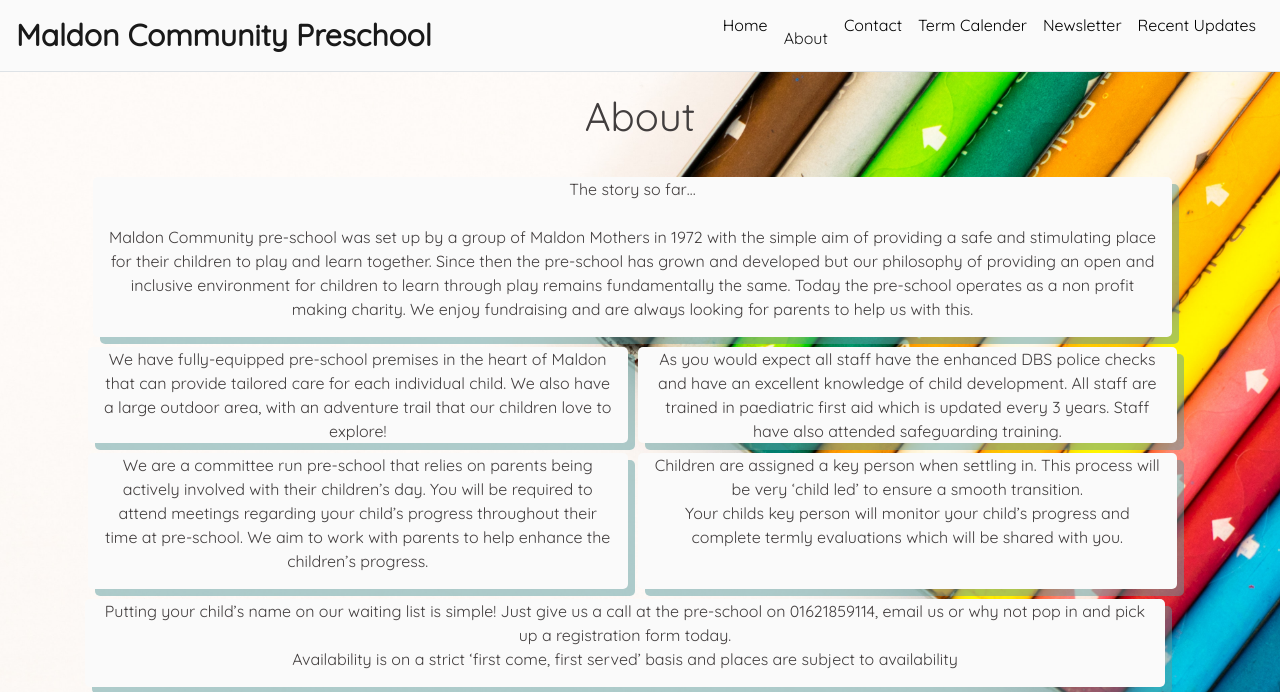
Repository: parkslee/milestone_1
Page: about.html
The author's editor kept a record of every edit. The page is drawn from the files as they stood at one moment, then again after the next edit.
The browser window is 1280 px wide. The pictures show the part of the page from y = 0 to 692 px (the page is 1340 px tall).
Pictures or frames that could not be fetched are drawn as grey boxes. Some web libraries are served in a nearby version.

Above is the page before.

### about.html
<!DOCTYPE html>
<html lang="en">

<head>
    <meta charset="UTF-8">
    <meta name="viewport" content="width=device-width, initial-scale=1.0">
    <meta http-equiv="X-UA-Compatible" content="ie=edge">
    <link rel="stylesheet" href="https://maxcdn.bootstrapcdn.com/bootstrap/4.2.1/css/bootstrap.min.css" type="text/css" />
    <link rel="stylesheet" href="https://maxcdn.bootstrapcdn.com/font-awesome/4.7.0/css/font-awesome.min.css" type="text/css" />
    <link rel="stylesheet" href="https://cdnjs.cloudflare.com/ajax/libs/hover.css/2.1.1/css/hover-min.css" type="text/css" />

    <link rel="stylesheet" href="assets\css\style.css">
    <title>About</title>
</head>

<body class="about-image">
    <!----------------------------------------------------------------navigation-->
    <header>
        <div class="container-fullwidth">
            <nav class="navbar navbar-expand-lg navbar-light bg-light-about border-bottom ">
                <a class="navbar-brand" href="./index.html">Maldon Community Preschool</a>
                <button class="navbar-toggler" type="button" data-toggle="collapse" data-target="#navbarNav" aria-controls="navbarNav" aria-expanded="false" aria-label="Toggle navigation">
                    <span class="navbar-toggler-icon"></span>
                </button>
                <div class="collapse navbar-collapse" id="navbarNav">
                    <ul class="navbar-nav text-center ml-auto">
                        <li class="nav-item">
                            <a class="nav-link-star" href="./index.html">Home </a>
                        </li>
                        <li class="nav-item">
                            <a class="nav-link active" href="./about.html">About<span
                                    class="sr-only">(current)</span></a>
                        </li>
                        <li class="nav-item">
                            <a class="nav-link-star" href="./contact.html">Contact</a>
                        </li>
                        <li class="nav-item">
                            <a class="nav-link-star" href="./calender.html">Term Calender</a>
                        </li>
                        <li class="nav-item">
                            <a class="nav-link-star" href="./newsletter.html">Newsletter</a>
                        </li>
                        <li class="nav-item">
                            <a class="nav-link-star" href="./updates.html">Recent Updates</a>
                        </li>
                    </ul>
                </div>
            </nav>
        </div>
    </header>


    <div class="about-content">

                <h1>About</h1>
                <br>

        <div class="row justify-content-center">

            <div class="col-sm-12 col-md-10 newsletter-blocks">

                <p>The story so far…
                    <br>
                    <br> Maldon Community pre-school was set up by a group of Maldon Mothers in 1972 with the simple aim of providing a safe and stimulating place for their children to play and learn together. Since then the pre-school has grown and developed
                    but our philosophy of providing an open and inclusive environment for children to learn through play remains fundamentally the same. Today the pre-school operates as a non profit making charity. We enjoy fundraising and are always
                    looking for parents to help us with this.</p>

            </div>

                <div class="col-sm-12 col-md-5 newsletter-blocks">We have fully-equipped pre-school premises in the heart of Maldon that can provide tailored care for each individual child. We also have a large outdoor area, with an adventure trail that our children love to explore!
                </div>

                <div class="col-sm-12 col-md-5 newsletter-blocks">As you would expect all staff have the enhanced DBS police checks and have an excellent knowledge of child development. All staff are trained in paediatric first aid which is updated every 3 years. Staff have also attended safeguarding
                    training.
                </div>




        </div>

        <div class="row justify-content-center">
            <div class="col-sm-12 col-md-5 newsletter-blocks ">
                <p>
                    We are a committee run pre-school that relies on parents being actively involved with their children’s day. You will be required to attend meetings regarding your child’s progress throughout their time at pre-school. We aim to work with parents to help
                    enhance the children’s progress.
                </p>
            </div>
            <div class="col-sm-12 col-md-5 newsletter-blocks ">
                <p>Children are assigned a key person when settling in. This process will be very ‘child led’ to ensure a smooth transition.
                    <br> Your childs key person will monitor your child’s progress and complete termly evaluations which will be shared with you.</p>

            </div>
            <div class="row justify-content-center">
                <div class="col-sm-12 col-md-10 newsletter-blocks ">
                    <p>
                        Putting your child’s name on our waiting list is simple! Just give us a call at the pre-school on 01621859114, email us or why not pop in and pick up a registration form today.
                        <br> Availability is on a strict ‘first come, first served’ basis and places are subject to availability
                    </p>
                </div>
            </div>
        </div>





        <!------------Embeded google map-------------->
        <div class="Map">
            <iframe src="https://www.google.com/maps/embed?pb=!1m18!1m12!1m3!1d2471.2500818795147!2d0.6814127151896718!3d51.728461079672066!2m3!1f0!2f0!3f0!3m2!1i1024!2i768!4f13.1!3m3!1m2!1s0x47d8e126a0f09c29%3A0xe55033600089c419!2sMaldon%20Community%20Pre-school!5e0!3m2!1sen!2suk!4v1570910722496!5m2!1sen!2suk"
                width="100%" height="450" frameborder="0" style="border:0;" allowfullscreen=""></iframe>
        </div>
        <!----inline style change as such a small snippet to change--->
        <p style="color:#fafafa;">
            Wantz Chase, Maldon CM9 5DN
            <br> 01621 859114
        </p>
    </div>
    </div>






    <!---------------------------first footer only displayed on desktop view-------------------->
    <!------https://medium.com/wdstack/bootstrap-4-hidden-visible-dd969a4c5854 tutorial for display properties bootstrap---->
    <div class="container">
        <footer class="d-none d-md-block">



            <div id="footer-details" class="row">
                <div class="col-sm-4">
                    <p class="inline-block charity" style="color:#fafafa;">
                        © 2019. Maldon Community Pre-School. All rights reserved. Registered Charity Number: 1130470 </p>
                </div>

                <div class="col-sm-4 ml-auto">
                    <ul class="list-inline social-links">
                        <li class="list-inline-item">
                            <a target="_blank" href="https://facebook.com">
                                    <i class="fa fa-facebook" aria-hidden="true"></i>
                                    <span class="sr-only">Facebook</span>
                                </a>
                        </li>
                        <li class="list-inline-item">
                            <a target="_blank" href="https://twitter.com">
                                    <i class="fa fa-twitter" aria-hidden="true"></i>
                                    <span class="sr-only">Twitter</span>
                                </a>
                        </li>
                        <li class="list-inline-item">
                            <a target="_blank" href="https://instagram.com">
                                    <i class="fa fa-instagram" aria-hidden="true"></i>
                                    <span class="sr-only">Instagram</span>
                                </a>
                        </li>
                        <li class="list-inline-item">
                            <a target="_blank" href="https://youtube.com">
                                    <i class="fa fa-youtube" aria-hidden="true"></i>
                                    <span class="sr-only">YouTube</span>
                                </a>
                        </li>
                    </ul>
                </div>
            </div>
        </footer>
    </div>



    <!----second footer for mobile view (charity number hidden as to cluttered on mobile view)  -->
    <!------https://medium.com/wdstack/bootstrap-4-hidden-visible-dd969a4c5854 tutorial for display properties bootstrap---->
    <footer class="d-md-none">
        <div id="footer-mobile">
            <ul class="list-inline social-links">
                <li class="list-inline-item">
                    <a target="_blank" href="https://facebook.com">
                            <i class="fa fa-facebook" aria-hidden="true"></i>
                            <span class="sr-only">Facebook</span>
                        </a>
                </li>
                <li class="list-inline-item">
                    <a target="_blank" href="https://instagram.com">
                            <i class="fa fa-instagram" aria-hidden="true"></i>
                            <span class="sr-only">Instagram</span>
                        </a>
                </li>
                <li class="list-inline-item">
                    <a target="_blank" href="https://youtube.com">
                            <i class="fa fa-youtube" aria-hidden="true"></i>
                            <span class="sr-only">YouTube</span>
                        </a>
                </li>
            </ul>
        </div>
    </footer>


    <script src="https://code.jquery.com/jquery-3.3.1.slim.min.js" integrity="sha384-q8i/X+965DzO0rT7abK41JStQIAqVgRVzpbzo5smXKp4YfRvH+8abtTE1Pi6jizo" crossorigin="anonymous"></script>
    <script src="https://cdnjs.cloudflare.com/ajax/libs/popper.js/1.14.7/umd/popper.min.js" integrity="sha384-UO2eT0CpHqdSJQ6hJty5KVphtPhzWj9WO1clHTMGa3JDZwrnQq4sF86dIHNDz0W1" crossorigin="anonymous"></script>
    <script src="https://stackpath.bootstrapcdn.com/bootstrap/4.3.1/js/bootstrap.min.js" integrity="sha384-JjSmVgyd0p3pXB1rRibZUAYoIIy6OrQ6VrjIEaFf/nJGzIxFDsf4x0xIM+B07jRM" crossorigin="anonymous"></script>
</body>

</html>

### assets/css/style.css
@import url('https://fonts.googleapis.com/css?family=Quicksand&display=swap');

body {
    font-family: 'Quicksand', sans-serif;
}

/*---------------------------------------------------------index.html---------------*/

.bgimage {
    background-image: url(../images/home-bg2.jpg);
    background-size: cover;
    height: 100vh;
    background-repeat: no-repeat;
}

.navbar-nav .nav-link {
    margin-top: 5px;

}

.navbar-brand{
    font-weight: bold;
    font-size:20px;
}

.navbar-light .navbar-nav .nav-link {
    color: #fafafa;
}

.bg-light-index {
background-color: rgb(147, 124, 203) !important;
}


.bg-light {
    background-color: rgb(255, 255, 255, 0.0) !important;
}

.jumbotron {
    margin: 5% 5%;
    box-shadow: 10px 10px rgb(95, 158, 160, 0.5);
    background-color: rgb(255, 240, 245, 0.8);
}



.btn-primary {
    color: #fafafa;
    background-color: #866ecd;
    border-color: #866ccd;
}

.btn-primary:hover {

    background-color: #ffc107;
    border-color: #ffc107;
}

.newsletter {
    background-color: #fafafa;
    position: relative;
    color: #423e3e;
    margin-bottom: 20px;
box-shadow: 10px 10px rgb(95, 158, 160, 0.5);
    padding: 30px;
    border-radius: 10px;

}

.newsletter h1 {
    padding-top: 5px;
    text-align: center;
}

.updates-index {
    background-color: rgb(95, 158, 160);
    color: #423e3e;
    margin-bottom: 20px;
    border-radius: 10px;
    padding: 50px;
    box-shadow: 10px 10px rgb(255, 255, 255, 0.5);
}

.updates-index h1 {
    text-align: center;
}


/*-------------------------------------------------------footer------------*/

.social-links {
    padding-bottom: 0px;
}

.social-links li a i {
    width: 42px;
    height: 42px;
    padding: 12px 0;
    border-radius: 50%;
    font-size: 21px;
    line-height: 19px;
    text-align: center;
    color: #fafafa;
    background: cadetblue;
    transition: all 0.35s ease-in-out;

}

.social-links li a i:hover {
    background: #dc3545;
}

#footer-details {
    padding: 20px;
    background-color: rgb(255, 255, 255, 0.0);
    position: relative;
    left: 0;
    bottom: 0;
}

#footer-mobile {
    padding: 20px;
    background-color: rgb(255, 255, 255, 0.0);
    width: 100%;
    text-align: center;
}

/*---------------------------------------------------------------contact page--------------------*/

.contact-image {
    background-image: url(../images/contact-bg.jpg);
    background-size: cover;
    height: 100%;
    background-repeat: no-repeat;
}

.bg-light-contact{
background-color: rgb(199, 208, 217) !important;
}

form {
    margin: 20px;
}

.form-control {
    background-color: rgb(255, 240, 245, 0.8);
}

.contact-btn {
    background-color: cadetblue;
    border-color: cadetblue;
}

.emergency-contact {
    text-align: center;
    color: #000100;
}

/*------------------------------------------------------------------------- About--------------*/

.about-image {
    background-image: url(../images/about-bg.jpg);
    background-size: cover;
    height: 100%;
    background-repeat: no-repeat;
    background-position: 55%;

}

.about-content {
    text-align: center;
    color: #423e3e;
    margin-top: 20px;

}

.about-header{
    color: rgb(94, 94, 95);
}

.about-nav {
    color: black;
}

/*----------.row style adjusted to stop screen streching------*/
.row{
    margin-right: 0px;
}

.bg-light-about {
background-color: #fafafa !important;

}

/*-----styling added as bootstrap .nav-link class had to be changed to .nav-link-star so i could change the styling
of <a> --------*/

.nav-link-star{
    color: black;
    padding: 8px;
    margin-top: 5px;
}




/*-------------------------------------------------------------------------calender---------------*/

.calender-image {
    background-image: url(../images/pencil_glass.jpg);
    background-size: cover;
    height: 100%;
    background-repeat: no-repeat;
    background-position: 55%;

}

/*------------------------------------------time line--------------------*/

/*-------bootstrap time line - https://bootsnipp.com/snippets/OzQj-------*/

.timeline {
    list-style: none;
    padding: 20px 0 20px;
    position: relative;
}

.timeline:before {
    top: 0;
    bottom: 0;
    position: absolute;
    content: " ";
    width: 3px;
    background-color: #eeeeee;
    left: 50%;
    margin-left: -1.5px;
}

.timeline>li {
    margin-bottom: 20px;
    position: relative;
}

.timeline>li:before,
.timeline>li:after {
    content: " ";
    display: table;
}

.timeline>li:after {
    clear: both;
}

.timeline>li:before,
.timeline>li:after {
    content: " ";
    display: table;
}

.timeline>li:after {
    clear: both;
}

.timeline>li>.timeline-panel {
    width: 46%;
    float: left;
    border: 1px solid #d4d4d4;
    border-radius: 2px;
    padding: 20px;
    background-color: #fafafa;
    position: relative;
    -webkit-box-shadow: 0 1px 6px rgba(0, 0, 0, 0.175);
    box-shadow: 0 1px 6px rgba(0, 0, 0, 0.175);
}

.timeline>li>.timeline-panel:before {
    position: absolute;
    top: 26px;
    right: -15px;
    display: inline-block;
    border-top: 15px solid transparent;
    border-left: 15px solid #ccc;
    border-right: 0 solid #ccc;
    border-bottom: 15px solid transparent;
    content: " ";
}

.timeline>li>.timeline-panel:after {
    position: absolute;
    top: 27px;
    right: -14px;
    display: inline-block;
    border-top: 14px solid transparent;
    border-left: 14px solid #fff;
    border-right: 0 solid #fff;
    border-bottom: 14px solid transparent;
    content: " ";
}

.timeline>li>.timeline-badge {
    color: #fff;
    width: 50px;
    height: 50px;
    line-height: 50px;
    font-size: 1.4em;
    text-align: center;
    position: absolute;
    top: 16px;
    left: 50%;
    margin-left: -25px;
    background-color: #999999;
    z-index: 100;
    border-top-right-radius: 50%;
    border-top-left-radius: 50%;
    border-bottom-right-radius: 50%;
    border-bottom-left-radius: 50%;
}

.timeline>li.timeline-inverted>.timeline-panel {
    float: right;
}

.timeline>li.timeline-inverted>.timeline-panel:before {
    border-left-width: 0;
    border-right-width: 15px;
    left: -15px;
    right: auto;
}

.timeline>li.timeline-inverted>.timeline-panel:after {
    border-left-width: 0;
    border-right-width: 14px;
    left: -14px;
    right: auto;
}

.timeline-badge.primary {
    background-color: #2e6da4 !important;
}

.timeline-badge.success {
    background-color: #3f903f !important;
}

.timeline-badge.warning {
    background-color: #28a745 !important;
}

.timeline-badge.danger {
    background-color: #d9534f !important;
}

.timeline-badge.info {
    background-color: #5bc0de !important;
}

.timeline-title {
    margin-top: 0;
    color: inherit;
}

.timeline-body>p,
.timeline-body>ul {
    margin-bottom: 0;
}

.timeline-body>p+p {
    margin-top: 5px;
}

@media (max-width: 767px) {
    ul.timeline:before {
        left: 40px;
    }

    ul.timeline>li>.timeline-panel {
        width: calc(100% - 90px);
        width: -moz-calc(100% - 90px);
        width: -webkit-calc(100% - 90px);
    }

    ul.timeline>li>.timeline-badge {
        left: 15px;
        margin-left: 0;
        top: 16px;
    }

    ul.timeline>li>.timeline-panel {
        float: right;
    }

    ul.timeline>li>.timeline-panel:before {
        border-left-width: 0;
        border-right-width: 15px;
        left: -15px;
        right: auto;
    }

    ul.timeline>li>.timeline-panel:after {
        border-left-width: 0;
        border-right-width: 14px;
        left: -14px;
        right: auto;
    }
}

/*----------------------------------------------------------------newsletter.html-------------*/

.newsletter-image {
    background-image: url(../images/newsletter-bg.jpg);
    background-size: cover;
    height: 100%;
    background-repeat: no-repeat;
    background-position: 75%;
}



.newsletter-content {
    color: #423e3e;
    padding: 30px;
}

.newsletter-content h1 {
    text-align: center;
}

.newsletter-blocks {
    background-color: #fafafa;
    border-radius: 5px;
    margin: 5px;
    box-shadow: 7px 7px rgb(95, 158, 160, 0.5);

}

.newsletter-opener {
    text-align: center;
    padding: 10px;
}



/*------------------------------------------------------------------updates.html-----------*/

.updates-image {
    background-image: url(../images/crayon-bg.jpg);
    background-size: cover;
    height: 100%;
    background-repeat: no-repeat;
    background-position: 50%;
}

.updates {
    color: #423e3e;

    padding: 30px;
}

.updates h1 {

    text-align: center;
}


.update-blocks {
    background-color: #fafafa;
    border-radius: 5%;
    margin: 5px;
    box-shadow: 7px 7px rgb(95, 158, 160, 0.5);

}


/*------------------------------------------------------------------------- media----------*/

@media only screen and (min-width: 768px) {


    .footer-details {
        position: absolute;
    }

    /*---contact page----*/
    form {
        margin: 50px;
    }

    .contact-image {
        height: 100%;

    }

    .bgimage {

        background-size: cover;
        height: 100%;
        background-repeat: no-repeat;
    }

    .list-inline {
    padding-left: 70px;

}

.navbar-brand{

    font-size:30px;
}



}

After the next edit:
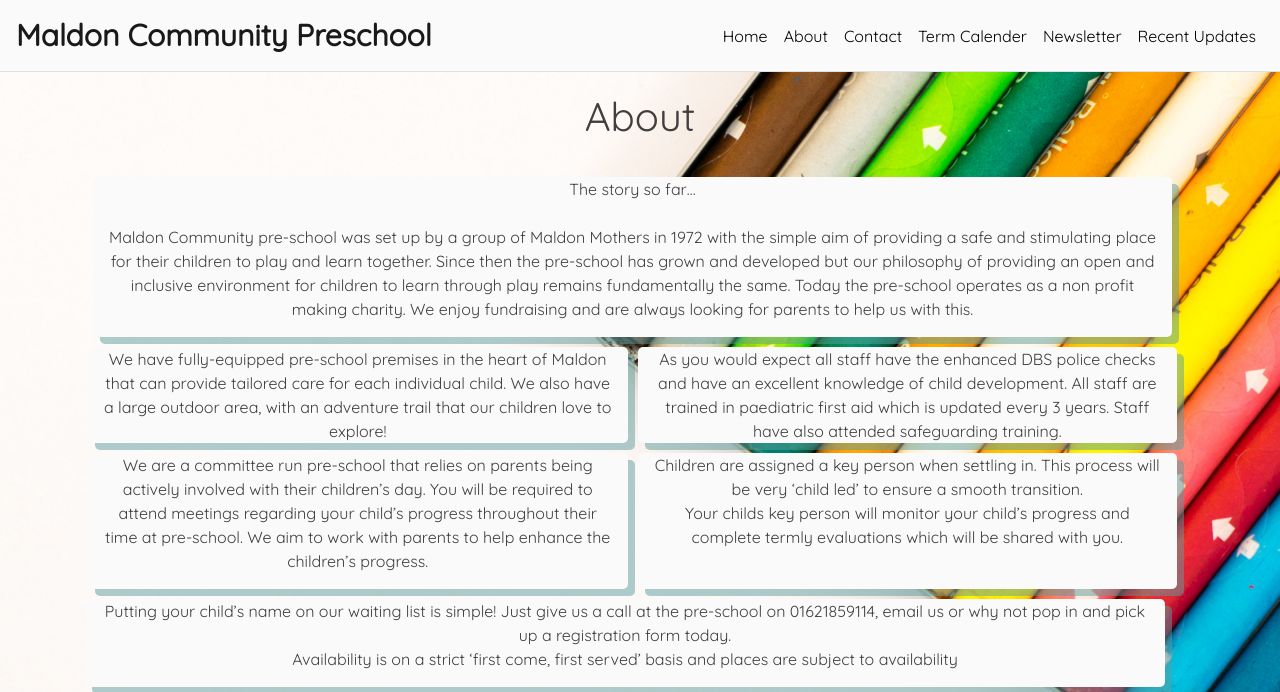
The edit:
--- a/about.html
+++ b/about.html
@@ -28,7 +28,7 @@
                             <a class="nav-link-star" href="./index.html">Home </a>
                         </li>
                         <li class="nav-item">
-                            <a class="nav-link active" href="./about.html">About<span
+                            <a class="nav-link-star active" href="./about.html">About<span
                                     class="sr-only">(current)</span></a>
                         </li>
                         <li class="nav-item">
